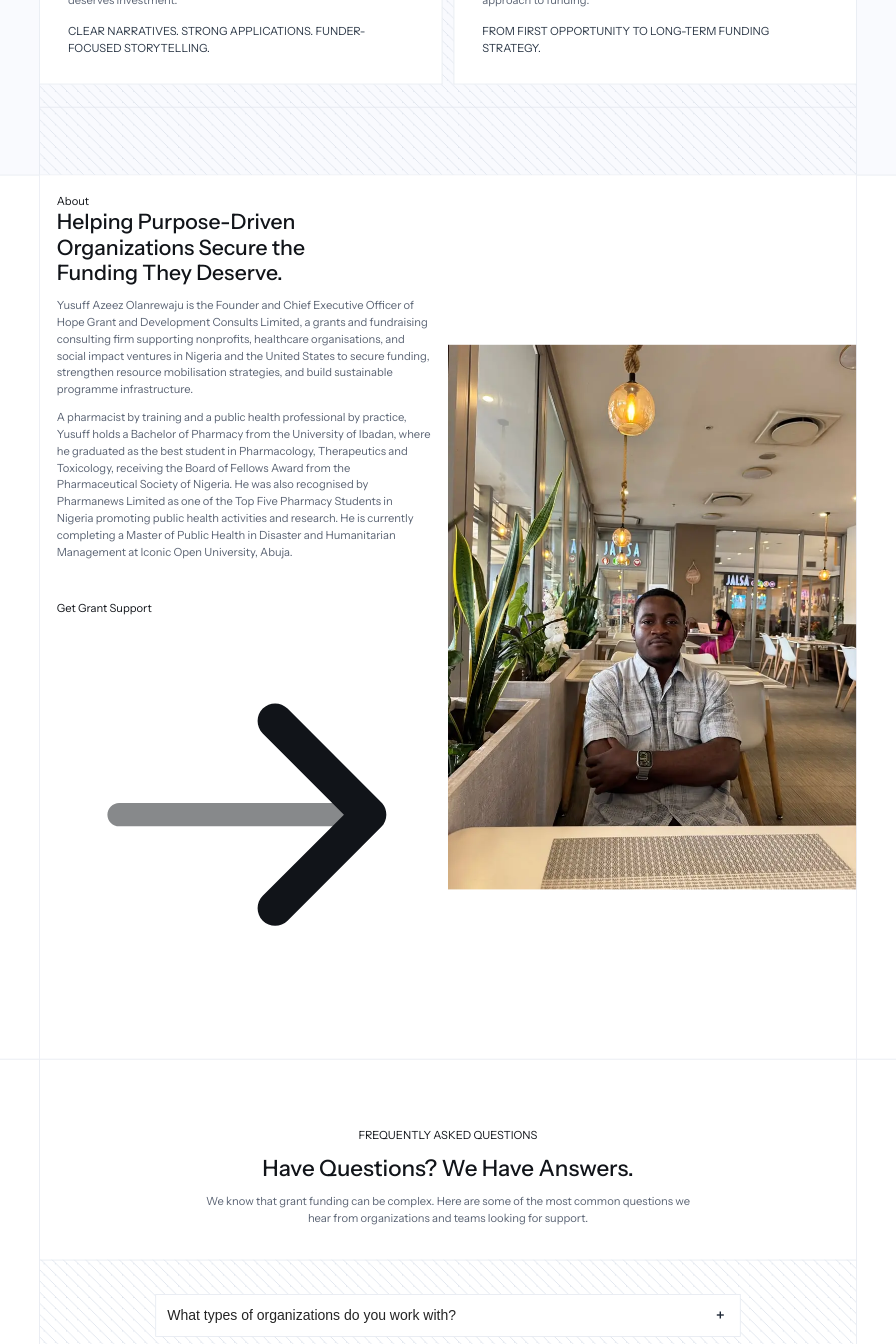
Repository: Ajeyinka/Upgrowth
Page: index.html
An editor plug-in stored every save of this project. The page is shown before and after the next save, followed by the edit.
The browser window is 1280 px wide. The pictures show the part of the page from y = 3872 to 5792 px (the page is 7108 px tall before and 6624 px after), at 70% of full size.

Above is the page before, as saved 2026-09-24 19:10:03.

After the next save:
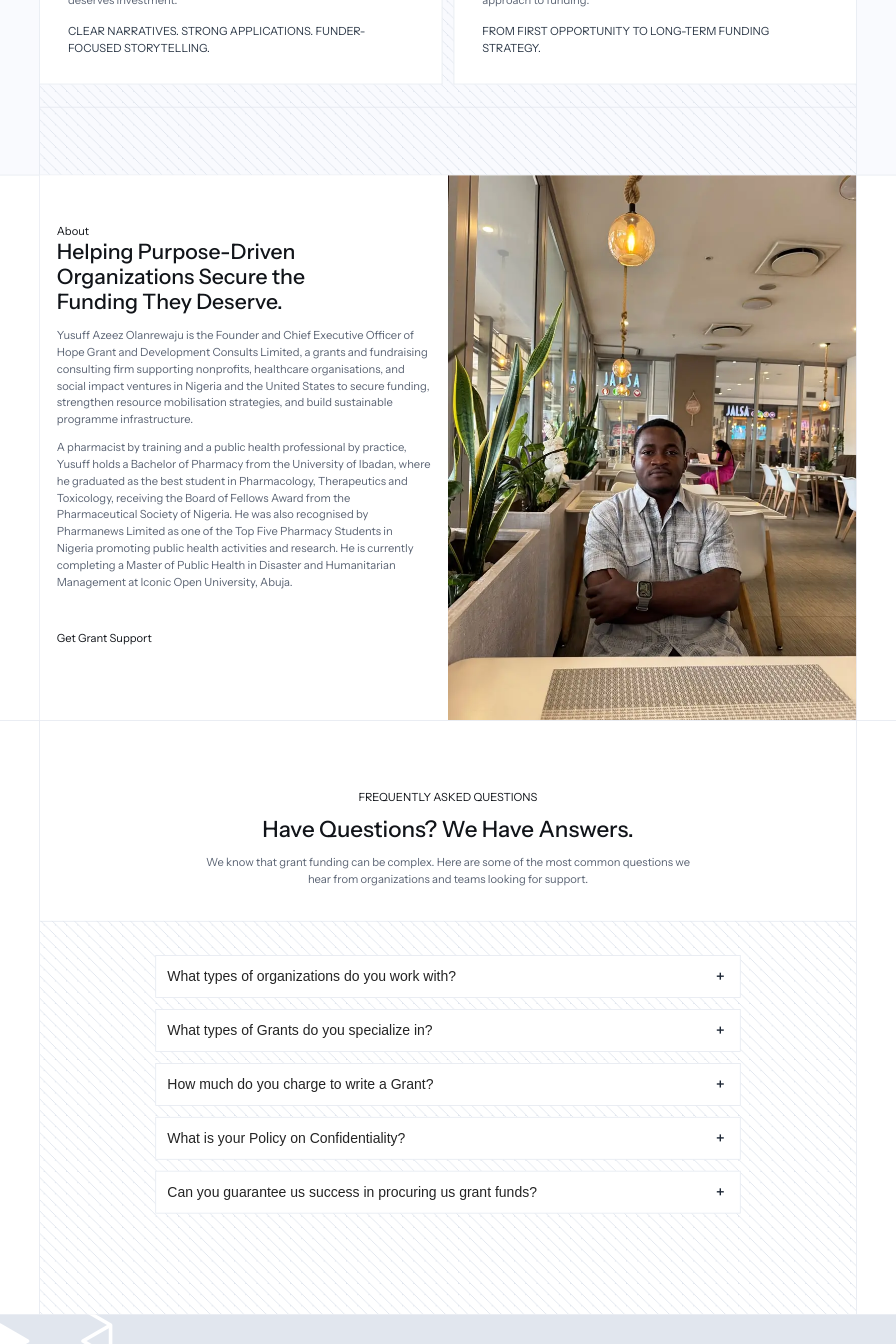
Saved 9 s later.
--- a/index.html
+++ b/index.html
@@ -278,10 +278,7 @@
                <div class="btn-wrapper">
                         <a href="contact.html" class="sec-btn"
                           >Get Grant Support
-                           <svg xmlns:xlink="http://www.w3.org/1999/xlink"  width="100%" height="100%" viewBox="0 0 16 17" fill="currentColor" xmlns="http://www.w3.org/2000/svg">
-                              <path opacity="0.5" d="M2.66659 8C2.53398 8 2.4068 8.05268 2.31303 8.14645C2.21926 8.24021 2.16659 8.36739 2.16659 8.5C2.16659 8.63261 2.21926 8.75978 2.31303 8.85355C2.4068 8.94732 2.53398 9 2.66659 9L2.66659 8ZM2.66659 9L13.3333 9L13.3333 8L2.66659 8L2.66659 9Z" fill="currentColor"></path>
-                              <path d="M13.9152 8.02637C14.1555 8.32095 14.138 8.75567 13.8634 9.03028L9.86341 13.0303C9.57051 13.3232 9.09575 13.3232 8.80286 13.0303C8.50997 12.7374 8.50997 12.2626 8.80286 11.9697L12.2726 8.5L8.80286 5.03028C8.50997 4.73738 8.50997 4.26262 8.80286 3.96973C9.09575 3.67684 9.57052 3.67684 9.86341 3.96973L13.8634 7.96973L13.9152 8.02637Z" fill="currentColor"></path>
-                          </svg>
+
                         </a>
                       </div>
             </div>
